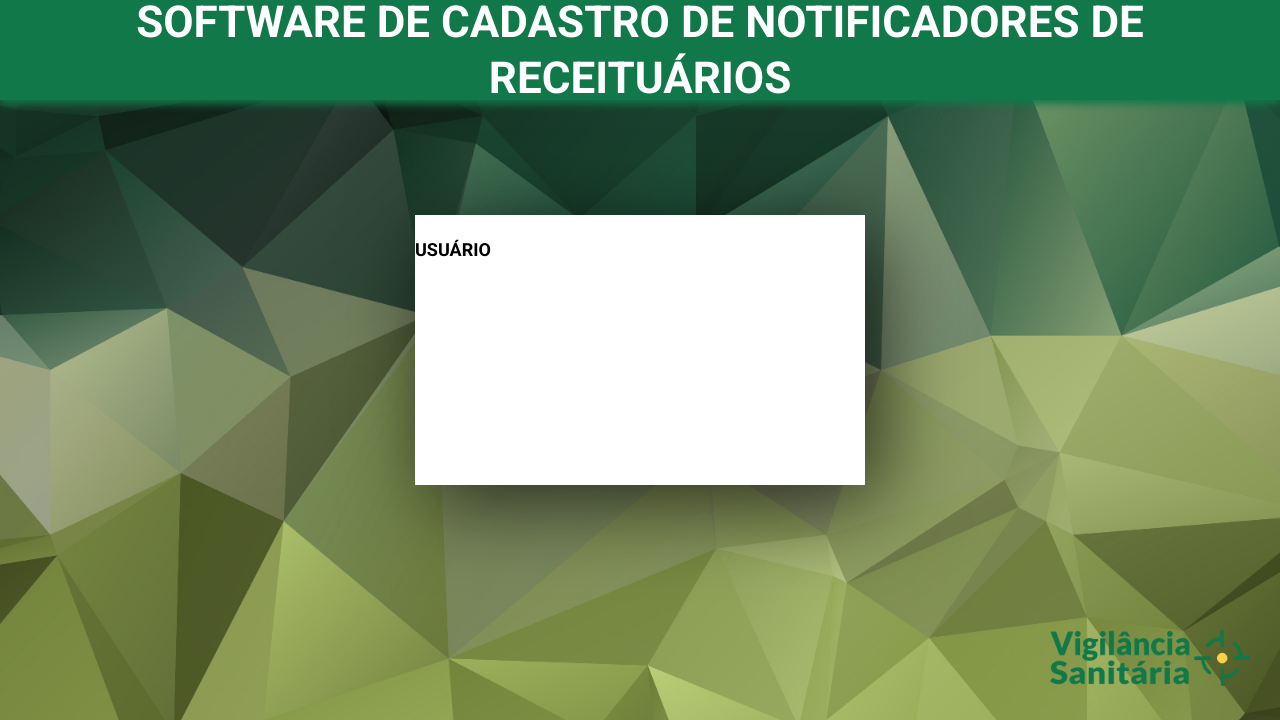
Repository: milena-rosa/web-prescription-notifier
Page: /
An editor plug-in stored every save of this project. The page is shown before and after the next save, followed by the edit.
The browser window is 1280 px wide. The pictures show the whole page.
The project was rebuilt for these pictures with package versions that can differ from the ones it lists, and the page was loaded fresh each time. Also part of the build but not shown: src/pages/Home/styles.ts, src/pages/Home/index.tsx.

Above is the page before, as saved 2021-11-07 13:09:21.

### public/index.html
<!DOCTYPE html>
<html lang="en">

<head>
  <meta charset="utf-8" />
  <link rel="preconnect" href="https://fonts.googleapis.com">
  <link rel="preconnect" href="https://fonts.gstatic.com" crossorigin>
  <link href="https://fonts.googleapis.com/css2?family=Roboto:wght@400;700&display=swap" rel="stylesheet">
  <!-- <link rel="icon" href="%PUBLIC_URL%/favicon.ico" /> -->
  <meta name="viewport" content="width=device-width, initial-scale=1" />
  <meta name="theme-color" content="#000000" />
  <title>Cadastro de Notificadores de Receituários</title>
</head>

<body>
  <noscript>You need to enable JavaScript to run this app.</noscript>
  <div id="root"></div>
</body>

</html>

### src/index.tsx
import React from 'react'
import ReactDOM from 'react-dom'

import { App } from './App'

ReactDOM.render(
  <React.StrictMode>
    <App />
  </React.StrictMode>,
  document.getElementById('root')
)

### src/App.tsx
import React from 'react'
import { BrowserRouter as Router } from 'react-router-dom'

import { Routes } from './routes'
import { GlobalStyle } from './styles/global'

export function App() {
  return (
    <Router>
      <Routes />
      <GlobalStyle />
    </Router>
  )
}

### src/routes/index.tsx
import React from 'react'
import { Switch } from 'react-router-dom'

import { Home } from '../pages/Home'
import { SignIn } from '../pages/SignIn'
import { Route } from './Route'

// import { useAuth } from '../hooks/useAuth'

export function Routes() {
  // const { loading } = useAuth()

  // if (loading) {
  //   return <h1>Abrindo...</h1>
  // }

  return (
    <Switch>
      <Route path="/" exact component={SignIn} />
      <Route path="/home" exact component={Home} isPrivate />
    </Switch>
  )
}

### src/styles/global.ts
import { createGlobalStyle } from 'styled-components'

export const GlobalStyle = createGlobalStyle`
  :root {
    --black: #000000;
    --gray: #b5b5b5;
    --white: #ffffff;

    --green-primary: #117849;
    --green-primary-70: rgba(17, 120, 73, 0.7);
    --green-primary-30: rgba(17, 120, 73, 0.3);
    --green-primary-5: rgba(17, 120, 73, 0.05);

    --light-green: #dbebe4;
    --brownish-green: #51665c;

    --red: #ff0000;
    --yellow: #f6ff8f;
  }

  * {
    box-sizing: border-box;
    margin: 0;
    padding: 0;
  }

  html {
    @media (max-width: 1080px) {
      font-size: 93.75%; // 15px
    }

    @media (max-width: 720px) {
      font-size: 87.5%; // 14px
    }
  }

  body {
    background: var(--white);
    color: var(--black);
    -webkit-font-smoothing: antialiased;
  }

  body, input, textarea, button, select {
    font-family: 'Roboto', sans-serif;
    font-weight: 400;
  }

  button {
    border: none;
    cursor: pointer;
  }

  .react-modal-overlay {
    align-items: center;
    background: rgba(0, 0, 0, 0.5);
    bottom: 0;
    display: flex;
    justify-content: center;
    left: 0;
    position: fixed;
    right: 0;
    top: 0;
    z-index: 11;
  }

  .react-modal-content {
    background: var(--white);
    border-radius: 0.25rem;
    min-height: 2.4rem;
    max-width: 41rem;
    position: relative;
    z-index: 12;
  }

  .react-modal-close {
    background: transparent;
    border: 0;
    position: absolute;
    right: 1rem;
    top: 1rem;
    transition: filter 0.2s;

    &:hover {
      filter: brightness(0.8);
    }
  }
`

### src/pages/SignIn/index.tsx
import React from 'react'

import logo from '../../assets/logo.png'
import { Input } from '../../components/Input'
import { Container } from './styles'

export const SignIn: React.FC = () => {
  return (
    <Container>
      <header>Software de Cadastro de Notificadores de Receituários</header>
      <div>
        <Input name="user" label="Usuário" type="text" />
      </div>
      <footer>
        <img src={logo} alt="Vigilância Sanitária" />
      </footer>
    </Container>
  )
}

### src/routes/Route.tsx
import React, { ComponentType } from 'react'
import { RouteProps as ReactDOMRouteProps, Route as ReactDOMRoute, Redirect } from 'react-router-dom'

interface IRouteProps extends ReactDOMRouteProps {
  isPrivate?: boolean
  component: ComponentType
}

export function Route({ isPrivate = false, component: Component, ...rest }: IRouteProps) {
  const isSigned = false

  return (
    <ReactDOMRoute
      {...rest}
      render={({ location }) =>
        (isPrivate && isSigned) || (!isPrivate && !isSigned) ? (
          <Component />
        ) : (
          <Redirect
            to={{
              pathname: isPrivate ? '/' : '/home',
              state: { from: location }
            }}
          />
        )
      }
    />
  )
}

### src/components/Input/index.tsx
import React, { InputHTMLAttributes, useCallback, useState } from 'react'

import { Container, InputInformationContainer, Error, InputContainer } from './styles'

interface InputProps extends InputHTMLAttributes<HTMLInputElement> {
  name: string
  label?: string
  errors?: string
  containerStyle?: object
  inputStyle?: object
}

export const Input = ({
  name,
  label,
  containerStyle = {},
  inputStyle = {},
  errors,
  value,
  onBlur,
  disabled = false,
  ...rest
}: InputProps) => {
  const [isFocused, setIsFocused] = useState(false)

  const handleInputFocus = useCallback(() => {
    setIsFocused(true)
  }, [])

  const handleInputBlur = useCallback(
    (event: React.FocusEvent<HTMLInputElement>) => {
      if (onBlur) {
        onBlur(event)
      }
      setIsFocused(false)
    },
    [onBlur]
  )

  return (
    <Container>
      <InputInformationContainer>{!!label && <label htmlFor={name}>{label}</label>}</InputInformationContainer>
      <InputContainer style={containerStyle} isFocused={isFocused} isInvalid={!!errors} disabled={disabled}>
        <input
          {...rest}
          value={value || ''}
          id={name}
          name={name}
          onFocus={handleInputFocus}
          onBlur={handleInputBlur}
          style={inputStyle}
        />
      </InputContainer>
      {!!errors && <Error>{errors}</Error>}
    </Container>
  )
}

### src/pages/SignIn/styles.ts
import styled from 'styled-components'

import backgroundImg from '../../assets/background.png'

export const Container = styled.div`
  align-items: center;
  background: url(${backgroundImg}) no-repeat center center fixed;
  background-size: cover;
  bottom: 0;
  display: flex;
  flex-direction: column;
  justify-content: space-between;
  left: 0;
  position: fixed;
  right: 0;
  top: 0;
  z-index: 11;

  header {
    align-items: center;
    background: var(--green-primary);
    color: var(--white);
    display: flex;
    filter: drop-shadow(0px 4px 4px #117849);
    font-weight: bold;
    font-size: 2.75rem;
    height: 6.25rem;
    justify-content: center;
    line-height: 3.5rem;
    text-align: center;
    text-transform: uppercase;
    width: 100%;
  }

  > div {
    background-color: var(--white);
    filter: drop-shadow(15px 15px 42px rgba(0, 0, 0, 0.7));
    height: 16.875rem;
    width: 28.125rem;
  }

  footer {
    /* background: lime; */
    align-self: flex-end;

    > img {
      margin: 1.875rem;
      width: 12.5rem;
    }
  }
`

### src/components/Input/styles.ts
import styled, { css } from 'styled-components'

export const Container = styled.div`
  display: flex;
  flex-direction: column;
`

interface InputContainerProps {
  isFocused: boolean
  isInvalid: boolean
  disabled: boolean
}

export const InputContainer = styled.div<InputContainerProps>`
  background: ${(props) => (props.disabled ? 'var(--gray-20)' : 'var(--green-primary-15)')};
  border: 1.5px solid ${(props) => (props.disabled ? 'transparent' : 'var(--gray-40)')};
  border-radius: 0.25rem;
  color: ${(props) => (props.disabled ? 'var(--gray-60)' : 'var(--black)')};
  height: 3rem;
  position: relative;

  ${(props) =>
    props.isFocused &&
    css`
      border-color: var(--blue-primary);
    `}

  ${(props) =>
    props.isInvalid &&
    css`
      border-color: var(--orange);
    `}

  input {
    background: transparent;
    border: 0;
    font-size: 1rem;
    line-height: 1.25rem;
    height: 100%;
    min-height: 3rem;
    outline: 0;
    padding: 0 2.75rem 0 0.5rem;
    width: 100%;

    &::placeholder {
      color: var(--gray-60);
    }
  }

  svg {
    position: absolute;
    right: 0.625rem;
    top: calc(50% - 12px);

    &:hover {
      filter: brightness(0.8);
    }
  }
`

export const InputInformationContainer = styled.div`
  align-items: baseline;
  display: flex;
  justify-content: space-between;

  label {
    color: var(--black);
    display: block;
    font-size: 1.125rem;
    font-weight: bold;
    line-height: 1.3125rem;
    text-transform: uppercase;
    margin: 1.5rem 0 0.25rem;
  }

  p {
    color: var(--gray-80);
    font-weight: 300;
    font-size: 1rem;
    line-height: 1.25rem;
  }
`

export const Error = styled.p`
  color: var(--orange);
  font-size: 1rem;
  line-height: 1.25rem;
  margin-top: 0.5rem;
`

After the next save:
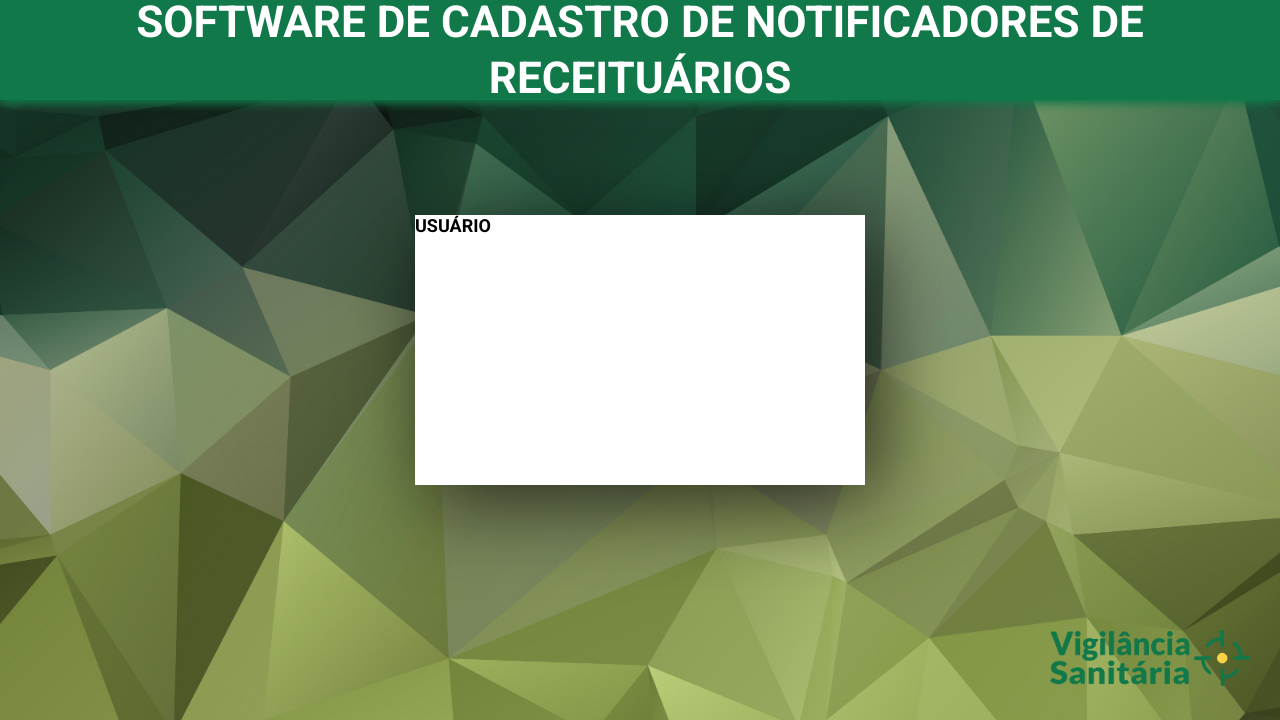
Saved 37 s later.
--- a/src/components/Input/styles.ts
+++ b/src/components/Input/styles.ts
@@ -70,14 +70,7 @@
     font-weight: bold;
     line-height: 1.3125rem;
     text-transform: uppercase;
-    margin: 1.5rem 0 0.25rem;
-  }
-
-  p {
-    color: var(--gray-80);
-    font-weight: 300;
-    font-size: 1rem;
-    line-height: 1.25rem;
+    margin-bottom: 0.25rem;
   }
 `
 
